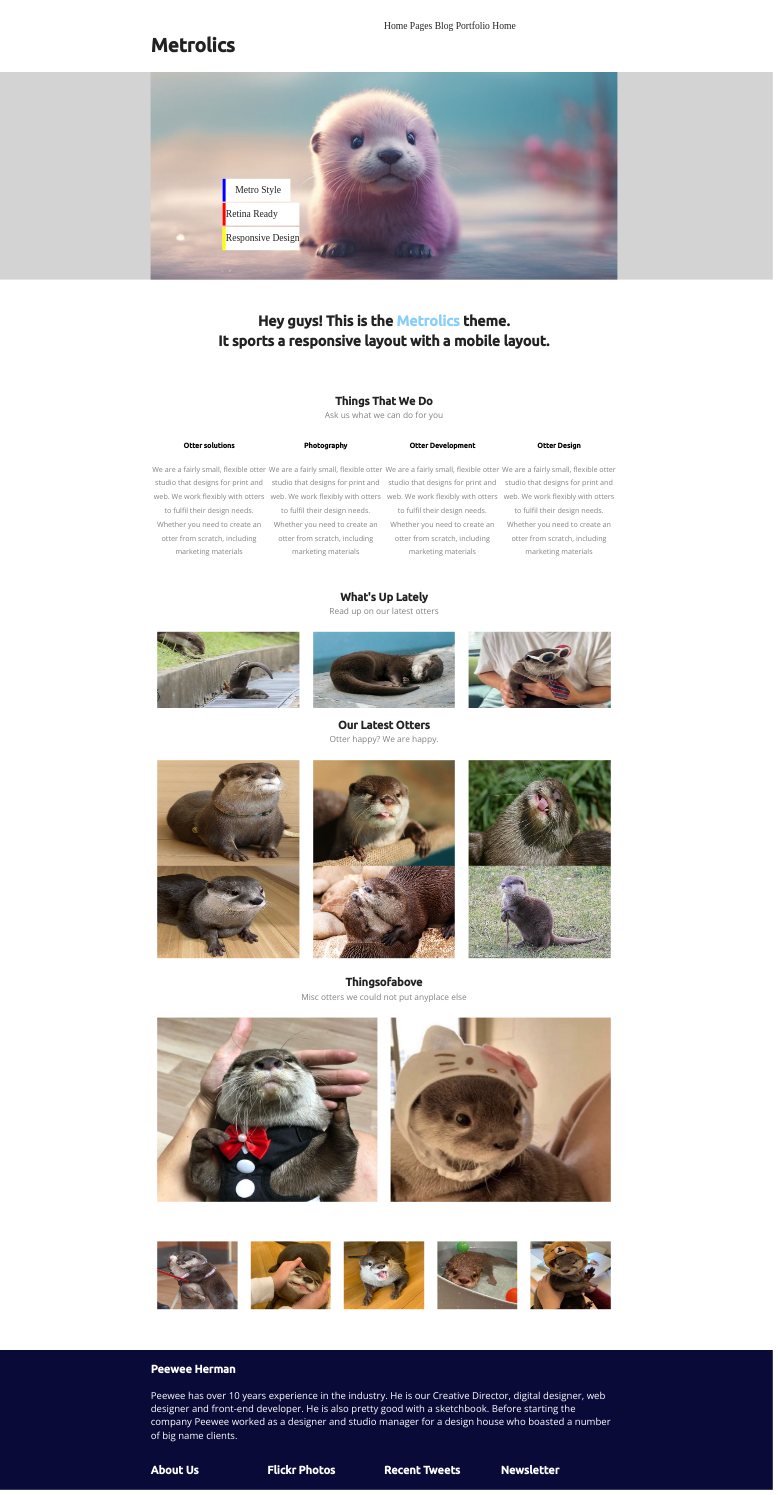
Repository: kennyharman/Marlowe_Kenny_Lab_02B
Page: index.html
An editor plug-in stored every save of this project. The page is shown before and after the next save, followed by the edit.
The browser window is 1280 px wide. The page is 1296 px wide, so the pictures cover 1296 px, including what lies to the right of the window. The pictures show the whole page, at 60% of full size.

Above is the page before, as saved 2024-02-08 18:28:35.

After the next save:
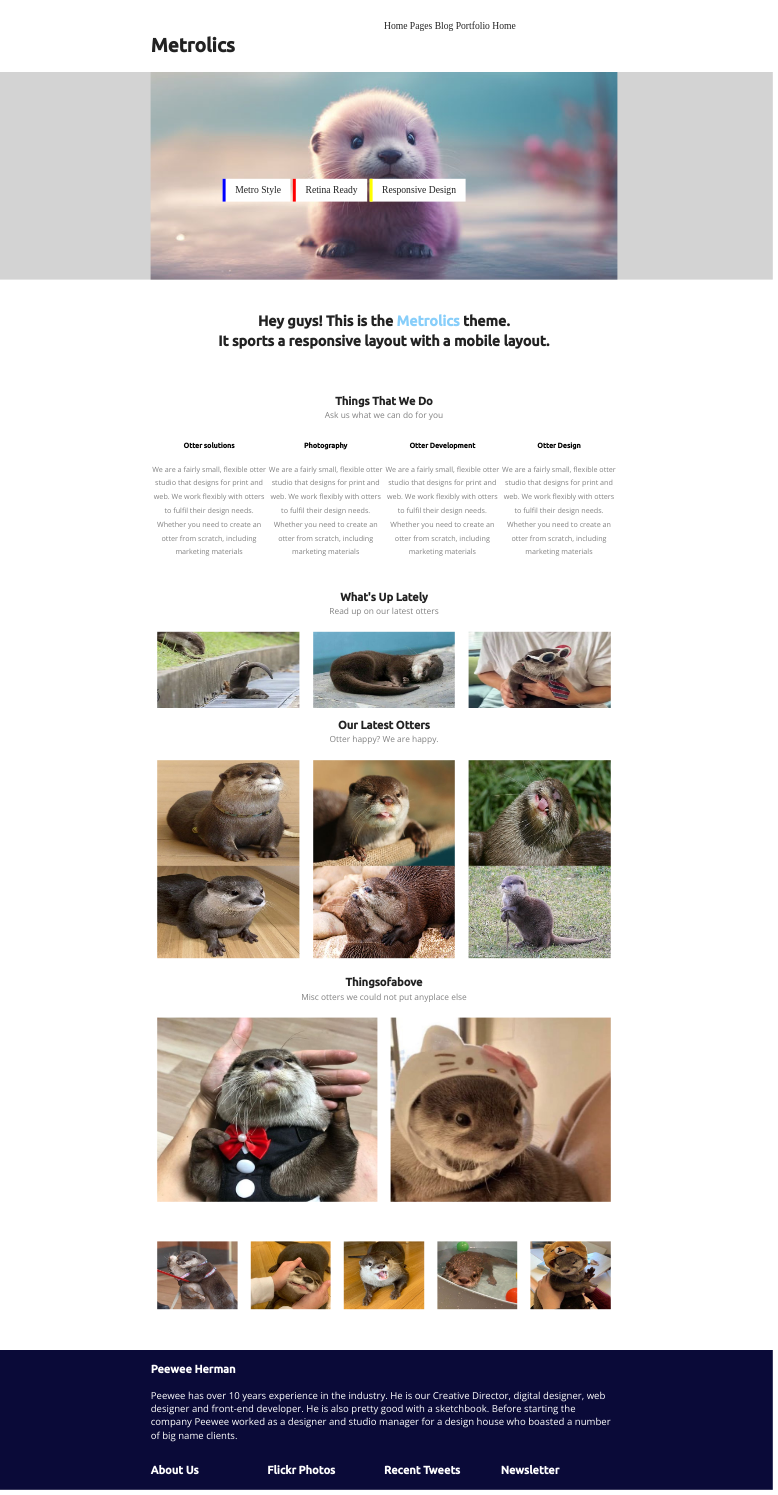
Saved 14 s later.
--- a/css/style.css
+++ b/css/style.css
@@ -331,10 +331,16 @@ p {
 
 .listed-items li:nth-child(2) {
   border-left: solid 5px red;
+  padding-left: 1rem;
+  padding-right: 1rem;
+  display: inline-block;
 }
 
 .listed-items li:nth-child(3) {
   border-left: solid 5px yellow;
+  padding-left: 1rem;
+  padding-right: 1rem;
+  display: inline-block;
 }
 
 .banner-header {

After the save that followed:
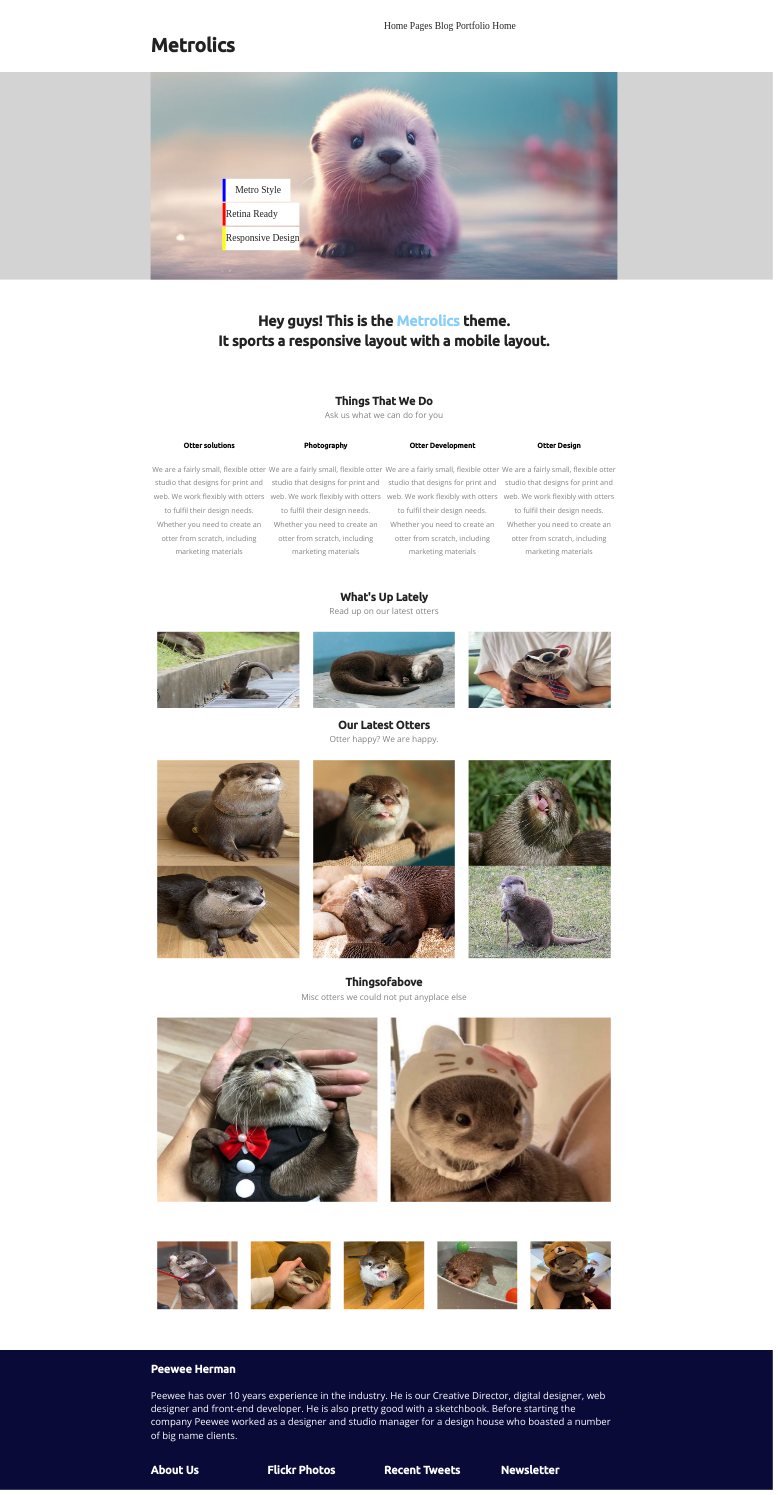
Saved 11 s later.
--- a/css/style.css
+++ b/css/style.css
@@ -331,16 +331,10 @@ p {
 
 .listed-items li:nth-child(2) {
   border-left: solid 5px red;
-  padding-left: 1rem;
-  padding-right: 1rem;
-  display: inline-block;
 }
 
 .listed-items li:nth-child(3) {
   border-left: solid 5px yellow;
-  padding-left: 1rem;
-  padding-right: 1rem;
-  display: inline-block;
 }
 
 .banner-header {
